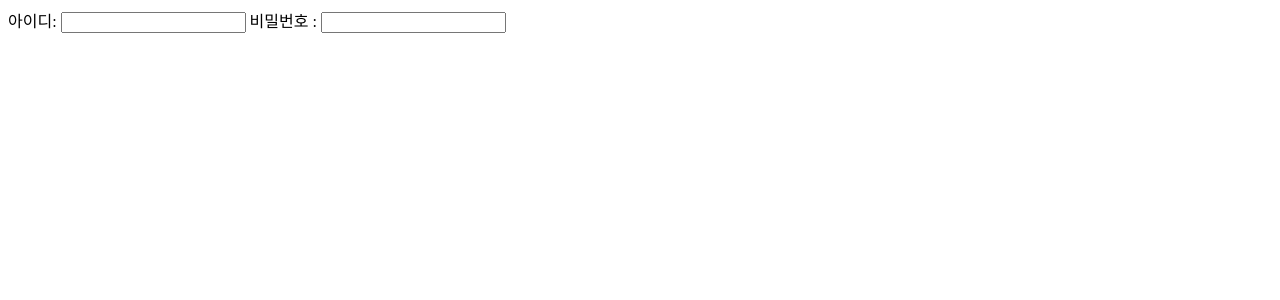
Repository: saysang22/servlet
Page: http://localhost/Exercise/jstl_fmt.jsp
The author's editor kept a copy of each file at every save. The page is drawn from the files as they stood at one save, then again after the next save.
The browser window is 1280 px wide. The pictures show the whole page.
The page is served by Tomcat 10.

Above is the page before, as saved 2024-06-07 03:51:09.

After the next save:
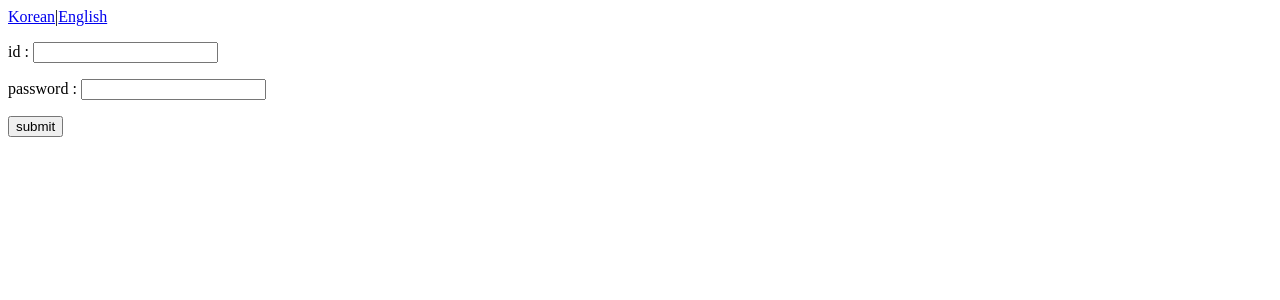
Saved 54 min 33 s later.
--- a/Exercise/src/main/webapp/jstl_fmt.jsp
+++ b/Exercise/src/main/webapp/jstl_fmt.jsp
@@ -1,18 +1,18 @@
-<%@ page language="java" contentType="text/html; charset=UTF-8"
-    pageEncoding="UTF-8"%>
-<%@ taglib prefix="fmt" uri="http://java.sun.com/jsp/jstl/fmt" %>
-<!DOCTYPE html>
+<%@ page contentType="text/html; charset=utf-8"%>
+<%@ taglib prefix="fmt" uri="http://java.sun.com/jsp/jstl/fmt"%>
 <html>
 <head>
-<meta charset="UTF-8">
-<title>jstl</title>
+<title>Internationalization</title>
 </head>
 <body>
-	<% String language = request.getParameter("language"); %>
-	<fmt:setLocale value="<%= language  %>"/>
-	<form action="jstl_fmt.jsp" method="post">
-		아이디: <input type="text" name="id">
-		비밀번호 : <input type="text" name="passwd">
-	</form>
+	<fmt:setLocale value='<%=request.getParameter("language")%>' />
+	<fmt:bundle basename="ch09.com.bundle.myBundle">
+		<a href="?language=ko">Korean</a>|<a href="?language=en">English</a>
+		<form action="#" method="post">
+			<p><fmt:message key="id" /> : <input type="text" name="id">
+			<p><fmt:message key="password" /> : <input type="text" name="password">
+			<p><input type="submit" value="<fmt:message key="button" />" />
+		</form>
+	</fmt:bundle>
 </body>
 </html>
